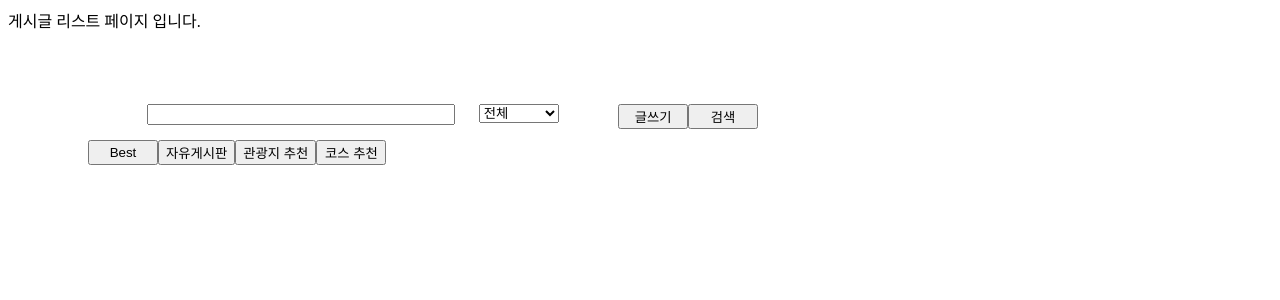
Repository: HJCroCat/project4
Page: http://localhost/koravle/boardMain.jsp
These files come from the project's save history. The page is drawn as it stood at one moment and after the next save; the edit follows.
The browser window is 1280 px wide. The pictures show the whole page.
The page is served by Tomcat 9. Nobody is signed in. The application's start-up code is not run.

Above is the page before, as saved 2021-12-10 09:54:16.

After the next save:
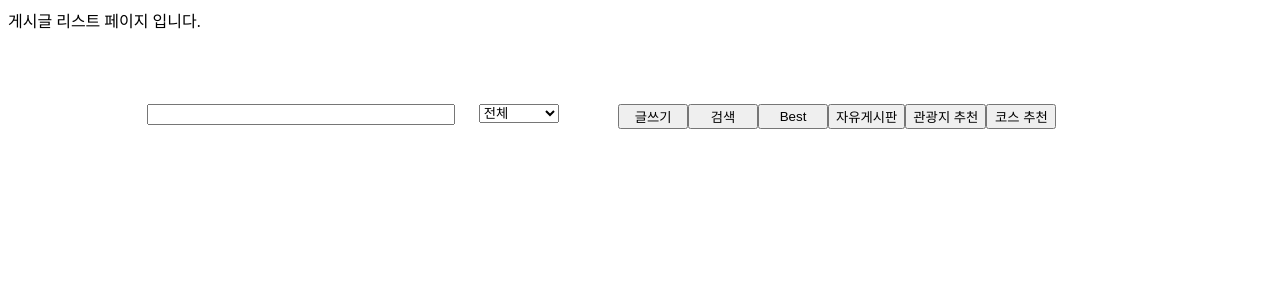
Saved 27 s later.
--- a/koravle/koravle/src/main/webapp/boardMain.jsp
+++ b/koravle/koravle/src/main/webapp/boardMain.jsp
@@ -27,8 +27,6 @@
 				<button href="boardList.do" class="btn" >검색</button>
 			</ol>
 			<ol>
-				<br/>
-				<br/>
 				<button class="btn" href="boardList.do" name="boardBest">Best</button>
 				<button class="btn" href="boardList.do" name="boardFree">자유게시판</button>
 				<button class="btn" href="boardList.do" name="boardRegion">관광지 추천</button>
